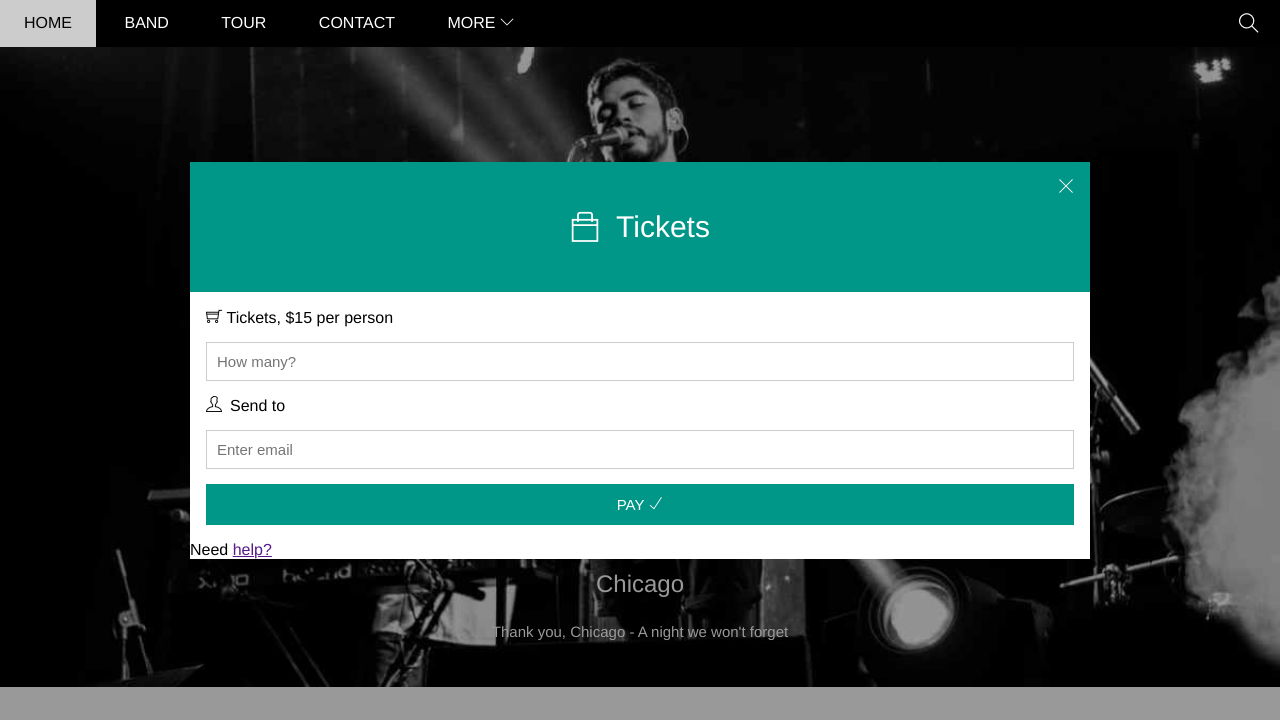
Repository: qhoa25623/The-Band
Page: index.html
An editor plug-in stored every save of this project. The page is shown before and after a run of saves, followed by the edit.
The browser window is 1280 px wide. The pictures show the window.
A layer covers the whole window, so only the first screen is drawn.

Above is the page before, as saved 2022-04-27 23:17:52.

### index.html
<!DOCTYPE html>
<html lang="en">
  <head>
    <meta charset="UTF-8" />
    <meta http-equiv="X-UA-Compatible" content="IE=edge" />
    <meta name="viewport" content="width=device-width, initial-scale=1.0" />
    <title>Document</title>
    <link rel="stylesheet" href="./assets/css/styles.css" />
    <link
      rel="stylesheet"
      href="./assets/fonts/themify-icons/themify-icons.css"
    />
  </head>
  <body>
    <div id="main">
      <div id="header">
        <ul id="nav">
          <li><a href="">Home</a></li>
          <li><a href="">Band</a></li>
          <li><a href="">Tour</a></li>
          <li><a href="">Contact</a></li>
          <li>
            <a href="">
              More
              <i class="nav-arrow-down ti-angle-down"></i>
            </a>
            <ul class="subnav">
              <li><a href="">Merchandise</a></li>
              <li><a href="">Extras</a></li>
              <li><a href="">Media</a></li>
            </ul>
          </li>
        </ul>
        <div class="search-btn">
          <i class="search-icon ti-search"></i>
        </div>
      </div>
      <div id="slider">
        <div class="text-content">
          <h2 class="text-heading">Chicago</h2>
          <div class="text-description">
            Thank you, Chicago - A night we won't forget
          </div>
        </div>
      </div>
      <div id="content">
        <!-- About section-->
        <div class="content-section">
          <h2 class="section-heading">THE BAND</h2>
          <p class="section-sub-heading">We love music</p>
          <p class="about-text">
            We have created a fictional band website. Lorem ipsum dolor sit
            amet, consectetur adipiscing elit, sed do eiusmod tempor incididunt
            ut labore et dolore magna aliqua. Ut enim ad minim veniam, quis
            nostrud exercitation ullamco laboris nisi ut aliquip ex ea commodo
            consequat. Duis aute irure dolor in reprehenderit in voluptate velit
            esse cillum dolore eu fugiat nulla pariatur. Excepteur sint occaecat
            cupidatat non proident, sunt in culpa qui officia deserunt mollit
            anim id est laborum consectetur adipiscing elit, sed do eiusmod
            tempor incididunt ut labore et dolore magna aliqua. Ut enim ad minim
            veniam, quis nostrud exercitation ullamco laboris nisi ut aliquip ex
            ea commodo consequat.
          </p>
          <div class="member-list">
            <div class="member-item">
              <p class="member-name">Name</p>
              <img
                src="./assets/img/band/member1.jpg"
                alt="Name"
                class="member-img"
              />
            </div>
            <div class="member-item">
              <p class="member-name">Name</p>
              <img
                src="./assets/img/band/member1.jpg"
                alt="Name"
                class="member-img"
              />
            </div>
            <div class="member-item">
              <p class="member-name">Name</p>
              <img
                src="./assets/img/band/member1.jpg"
                alt="Name"
                class="member-img"
              />
            </div>
            <div class="clear"></div>
          </div>
        </div>

        <!-- Tour section-->
        <div class="tour-section">
          <div class="content-section">
            <h2 class="section-heading text-white">TOUR DATES</h2>
            <p class="section-sub-heading text-white">
              Remember to book your tickets!
            </p>
            <ul class="tickets-list">
              <li>September <span class="sold-out">Sold out</span></li>
              <li>October <span class="sold-out">Sold out</span></li>
              <li>November <span class="quantity">3</span></li>
            </ul>
            <!-- Places-->
            <div class="places-list">
              <div class="place-item">
                <img
                  src="./assets/img/places/place1.jpg"
                  alt="New York"
                  class="place-img"
                />
                <div class="place-body">
                  <h3 class="place-heading">New York</h3>
                  <p class="place-time">Fri 27 Nov 2016</p>
                  <p class="place-desc">
                    Praesent tincidunt sed tellus ut rutrum sed vitae justo.
                  </p>
                  <a href="#" class="place-buy-btn">Buy Tickets</a>
                </div>
              </div>

              <div class="place-item">
                <img
                  src="./assets/img/places/place2.jpg"
                  alt="New York"
                  class="place-img"
                />
                <div class="place-body">
                  <h3 class="place-heading">Paris</h3>
                  <p class="place-time">Sat 28 Nov 2016</p>
                  <p class="place-desc">
                    Praesent tincidunt sed tellus ut rutrum sed vitae justo.
                  </p>
                  <a href="#" class="place-buy-btn">Buy Tickets</a>
                </div>
              </div>

              <div class="place-item">
                <img
                  src="./assets/img/places/place3.jpg"
                  alt="New York"
                  class="place-img"
                />
                <div class="place-body">
                  <h3 class="place-heading">San Francisco</h3>
                  <p class="place-time">Sun 29 Nov 2016</p>
                  <p class="place-desc">
                    Praesent tincidunt sed tellus ut rutrum sed vitae justo.
                  </p>
                  <a href="#" class="place-buy-btn">Buy Tickets</a>
                </div>
              </div>
              <div class="clear"></div>
            </div>
          </div>
        </div>

        <!-- Contact section-->
        <div class="content-section">
          <h2 class="section-heading">CONTACT</h2>
          <p class="section-sub-heading">Fan? Drop a note!</p>
        </div>
      </div>
      <div id="footer"></div>
    </div>
    <div class="modal">
      <div class="modal-container">
        <div class="modal-close">
          <i class="ti-close"></i>
        </div>
        <header class="modal-header">
          <i class="modal-heading-icon ti-bag"></i>
          Tickets
        </header>
        <div class="modal-body">
          <label for="ticket-quantity" class="modal-label">
            <i class="ti-shopping-cart"></i>
            Tickets, $15 per person
          </label>
          <input id="ticket-quantity" type="text" class="modal-input" placeholder="How many?" />

          <label for="ticket-email" class="modal-label">
            <i class="ti-user"> </i>
            Send to
          </label>
          <input id="ticket-emailtype="text" class="modal-input" placeholder="Enter email" />

          <button id="buy-tickets">
            Pay
            <i class="ti-check"></i>
          </button>
        </div>
        <footer class="modal-footer">
          <p class="modal-help">Need <a href="">help?</a></p>
        </footer>
      </div>
    </div>
  </body>
</html>

### assets/css/styles.css
/* Reset CSS */
* {
  padding: 0;
  margin: 0;
  box-sizing: border-box;
}
html {
  font-family: Helvetica, Arial, sans-serif;
}
.clear {
  clear: both;
}
.text-white {
  color: #fff !important;
}
#main {
}
#header {
  position: fixed;
  top: 0;
  left: 0;
  right: 0;
  height: 46.5px;
  background-color: #000;
  z-index: 1;
}
#nav {
  display: inline-block;
}
#nav,
.subnav {
  list-style-type: none;
}
#nav > li {
  display: inline-block;
}
#nav li {
  position: relative;
}
#nav > li > a {
  color: #fff;
  text-transform: uppercase;
}
#nav li a {
  text-decoration: none;
  line-height: 46.5px;
  padding: 0 24px;
  display: block;
}
#nav li:hover .subnav {
  display: block;
}
#nav > li:hover > a,
#nav .subnav li:hover a {
  color: #000;
  background-color: #ccc;
}
#nav .subnav {
  min-width: 160px;
  top: 100%;
  left: 0;
  display: none;
  position: absolute;
  background-color: #fff;
  box-shadow: 0 0 10px rgba(0, 0, 0, 0.3);
}
#nav .subnav a {
  color: #000;
  padding: 0 16px;
  line-height: 38.5px;
}
#nav .nav-arrow-down {
  font-size: 14px;
}
#header .search-btn {
  float: right;
  padding: 0 21px;
}
#header .search-btn:hover {
  background-color: #f44336;
}
#header .search-icon {
  color: #fff;
  font-size: 20px;
  line-height: 46.5px;
}
#slider {
  position: relative;
  margin-top: 46.5px;
  padding-top: 50%;
  background: url("/assets/img/slider/slider1.jpg") top center / cover no-repeat;
}
#slider .text-content {
  position: absolute;
  bottom: 47px;
  color: #fff;
  left: 50%;
  transform: translateX(-50%);
  text-align: center;
}
#slider .text-heading {
  font-weight: 500;
  font-size: 24px;
}
#slider .text-description {
  font-size: 15px;
  margin-top: 25px;
}
#content {
}
#content .content-section {
  width: 800px;
  padding: 64px 0;
  margin-left: auto;
  margin-right: auto;
}
#content .section-heading {
  font-weight: 500;
  text-align: center;
  font-size: 30px;
  letter-spacing: 3px;
}
#content .section-sub-heading {
  text-align: center;
  font-size: 15px;
  margin-top: 25px;
  font-style: italic;
  opacity: 0.6;
}
#content .about-text {
  font-size: 15px;
  margin-top: 25px;
  text-align: justify;
  line-height: 1.4;
}
#content .member-list {
  margin-top: 47px;
}
#content .member-item {
  float: left;
  width: calc(100% / 3);
  text-align: center;
}
#content .member-name {
  font-size: 15px;
}
#content .member-img {
  margin-top: 15px;
  width: 154px;
  border-radius: 4px;
}

.tour-section {
  background: #000;
}
.tickets-list {
  background-color: #fff;
  list-style: none;
  margin-top: 40px;
}
.tickets-list li {
  color: rgb(117, 117, 117);
  font-size: 15px;
  padding: 11px 16px;
  border-bottom: 1px solid rgb(221, 221, 221);
}
.tickets-list .sold-out {
  color: #ffffff;
  background-color: #f44336;
  padding: 3px 4px;
  margin: 0 0 0 16px;
}
.tickets-list .quantity {
  float: right;
  width: 24px;
  height: 22.5px;
  background-color: #000;
  border-radius: 50%;
  text-align: center;
  color: #fff;
  line-height: 22.5px;
  margin-top: -3px;
}
.places-list {
  margin-top: 32px;
  margin-left: -8px;
  margin-right: -8px;
  padding-bottom: 48px;
}
.place-item {
  float: left;
  width: calc(100% / 3);
  padding: 0 8px;
}
.place-img {
  width: 100%;
  display: block;
}
.place-img:hover {
  opacity: 0.6;
}
.place-body {
  background-color: #fff;
  padding: 16px 16px;
  font-size: 15px;
}
.place-heading {
  font-size: 15px;
  font-weight: 550;
}
.place-time {
  margin-top: 15px;
  color: #757575;
}
.place-desc {
  margin-top: 15px;
  line-height: 1.4;
}
.place-buy-btn {
  color: #fff;
  background-color: #000;
  text-decoration: none;
  display: inline-block;
  margin-top: 15px;
  padding: 11px 16px;
}

.place-buy-btn:hover {
  color: #000;
  background-color: #ccc;
}
.modal {
  position: fixed;
  top: 0;
  right: 0;
  left: 0;
  bottom: 0;
  background: rgba(0, 0, 0, 0.4);
  display: flex;
  align-items: center;
  justify-content: center;
}
.modal-container {
  background: #fff;
  width: 900px;
  min-height: 200px;
  position: relative;
}

.modal-header {
  background: #009688;
  height: 130px;
  display: flex;
  align-items: center;
  justify-content: center;
  font-size: 30px;
  color: #fff;
}
.modal-heading-icon {
  margin-right: 16px;
}
.modal-close {
  position: absolute;
  right: 0;
  top: 0;
  color: #fff;
  padding:16px;
  cursor: pointer;
}
.modal-close:hover{
  color: #000;
  background-color: #ccc;
}
.modal-body{
  padding:16px;
}
.modal-label{
  display:block;
  margin-bottom:15px;
}
.modal-input{
  border:1px solid #ccc;
  width:100%;
  font-size:15px;
  padding:10px;
  margin-bottom:15px;
}
#buy-tickets{
  background-color:#009688;
  border:none;
  font-size:15px;
  color:#fff;
  width:100%;
  text-transform: uppercase;
  padding:12px;
}

Loaded but not shown: assets/fonts/themify-icons/themify-icons.css (common file)

After the next 2 saves:
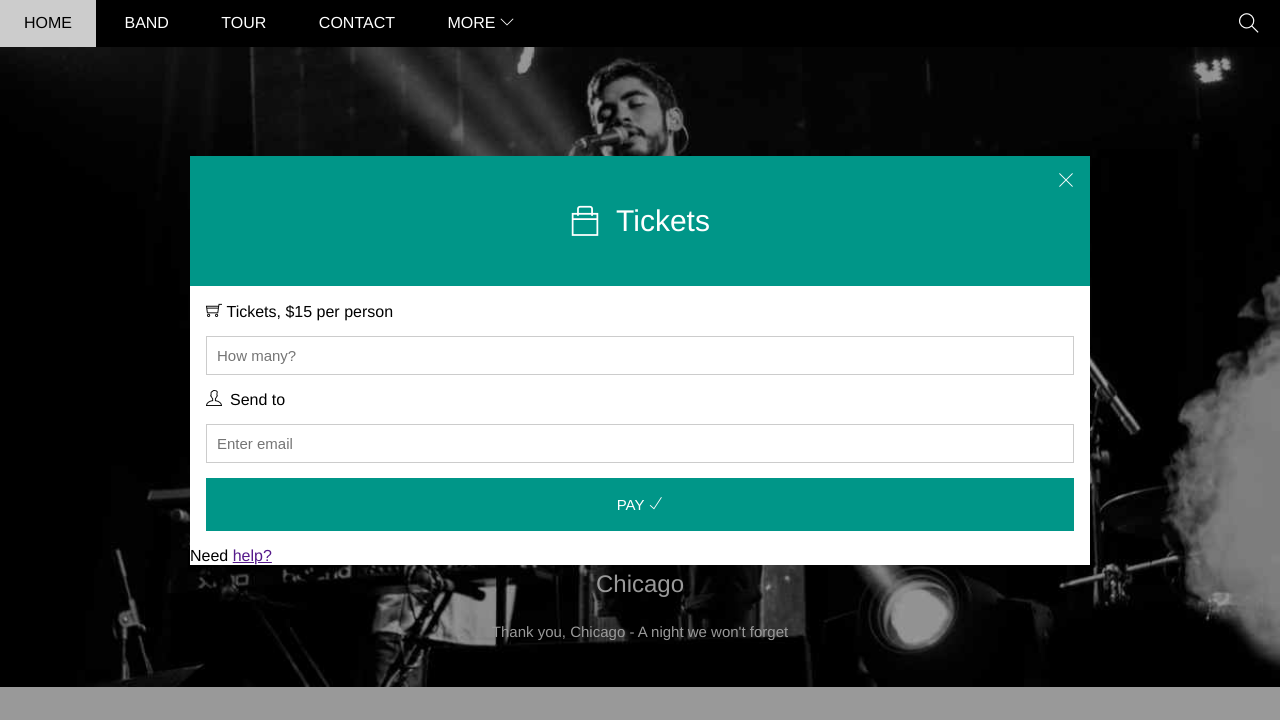
The 2 saves are shown as one change because they came seconds apart.
The last was saved 17 s later.
--- a/assets/css/styles.css
+++ b/assets/css/styles.css
@@ -292,5 +292,5 @@ html {
   color:#fff;
   width:100%;
   text-transform: uppercase;
-  padding:12px;
-}
+  padding:18px;
+}
